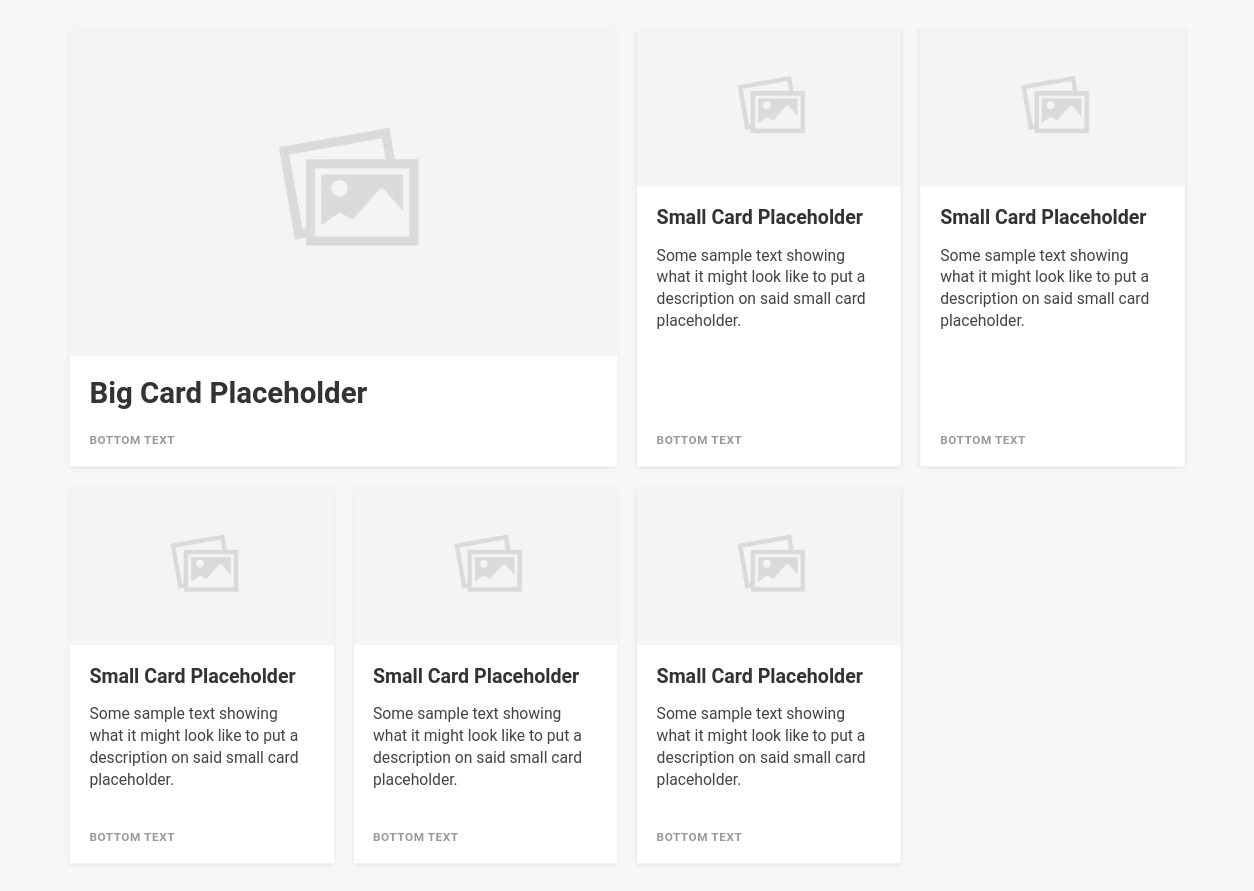
Repository: eghere-bsu/ethanghere-website
Page: http://localhost/cards.php
These files come from the project's save history. The page is drawn as it stood at one moment and after the next save; the edit follows.
The browser window is 1280 px wide. The pictures show the whole page, at 98% of full size.
The page is run by PHP 8.4 with error messages shown; the project is at /var/www/html/.

Above is the page before, as saved 2023-11-06 20:36:49.

### cards.php
<html>
   <head>
      <link rel="stylesheet" href="dev.css">
   </head>
   <body>
      <div class="support-grid"></div>
      <div class="band">
         <div class="item-1">
               <a href="" class="card">
               <div class="thumb" style="background-image: url(assets/placeholder.jpg);"></div>
               <article>
                  <h1>Big Card Placeholder</h1>
                  <span>Bottom Text</span>
               </article>
               </a>
         </div>
         <div class="item-2">
               <a href="" class="card">
               <div class="thumb" style="background-image: url(assets/placeholder.jpg);"></div>
               <article>
                  <h1>Small Card Placeholder</h1>
                  <p>Some sample text showing what it might look like to put a description on said small card placeholder.</p>
                  <span>Bottom Text</span>
               </article>
               </a>
         </div>
         <div class="item-2">
               <a href="" class="card">
               <div class="thumb" style="background-image: url(assets/placeholder.jpg);"></div>
               <article>
                  <h1>Small Card Placeholder</h1>
                  <p>Some sample text showing what it might look like to put a description on said small card placeholder.</p>
                  <span>Bottom Text</span>
               </article>
               </a>
         </div>
         <div class="item-2">
               <a href="" class="card">
               <div class="thumb" style="background-image: url(assets/placeholder.jpg);"></div>
               <article>
                  <h1>Small Card Placeholder</h1>
                  <p>Some sample text showing what it might look like to put a description on said small card placeholder.</p>
                  <span>Bottom Text</span>
               </article>
               </a>
         </div>
         <div class="item-2">
               <a href="" class="card">
               <div class="thumb" style="background-image: url(assets/placeholder.jpg);"></div>
               <article>
                  <h1>Small Card Placeholder</h1>
                  <p>Some sample text showing what it might look like to put a description on said small card placeholder.</p>
                  <span>Bottom Text</span>
               </article>
               </a>
         </div>
         <div class="item-2">
               <a href="" class="card">
               <div class="thumb" style="background-image: url(assets/placeholder.jpg);"></div>
               <article>
                  <h1>Small Card Placeholder</h1>
                  <p>Some sample text showing what it might look like to put a description on said small card placeholder.</p>
                  <span>Bottom Text</span>
               </article>
               </a>
         </div>
      </div>
   </body>
</html>

### dev.css
html {
   background: #f5f7f8;
   font-family: 'Roboto', sans-serif;
   -webkit-font-smoothing: antialiased;
   padding: 20px 0;
 }

 .band {
   width: 90%;
   max-width: 1240px;
   margin: 0 auto;

   display: grid;

   grid-template-columns: 1fr;
   grid-template-rows: auto;
   grid-gap: 20px;

 }

 @media only screen and (min-width: 500px) {
   .band {
     grid-template-columns: 1fr 1fr;
   }
   .item-1 {
   grid-column: 1/ span 2;
   }
   .item-1 h1 {
     font-size: 30px;
   }
 }

 @media only screen and (min-width: 850px) {
   .band {
     grid-template-columns: 1fr 1fr 1fr 1fr;
   }
 }

 /* card */

 .card {
   min-height: 100%;
   background: white;
   box-shadow: 0 2px 5px rgba(0,0,0,0.1);
   display: flex;
   flex-direction: column;
   text-decoration: none;
   color: #444;
   position: relative;
   top: 0;
   transition: all .1s ease-in;
 }

 .card:hover {
   top: -2px;
   box-shadow: 0 4px 5px rgba(0,0,0,0.2);
 }

 .card article {
   padding: 20px;
   display: flex;

   flex: 1;
   justify-content: space-between;
   flex-direction: column;

 }
 .card .thumb {
   padding-bottom: 60%;
   background-size: cover;
   background-position: center center;
 }

 .card p {
   flex: 1; /* make p grow to fill available space*/
   line-height: 1.4;
 }

 /* typography */
 h1 {
   font-size: 20px;
   margin: 0;
   color: #333;
 }

 .card span {
   font-size: 12px;
   font-weight: bold;
   color: #999;
   text-transform: uppercase;
   letter-spacing: .05em;
   margin: 2em 0 0 0;
 }

After the next save:
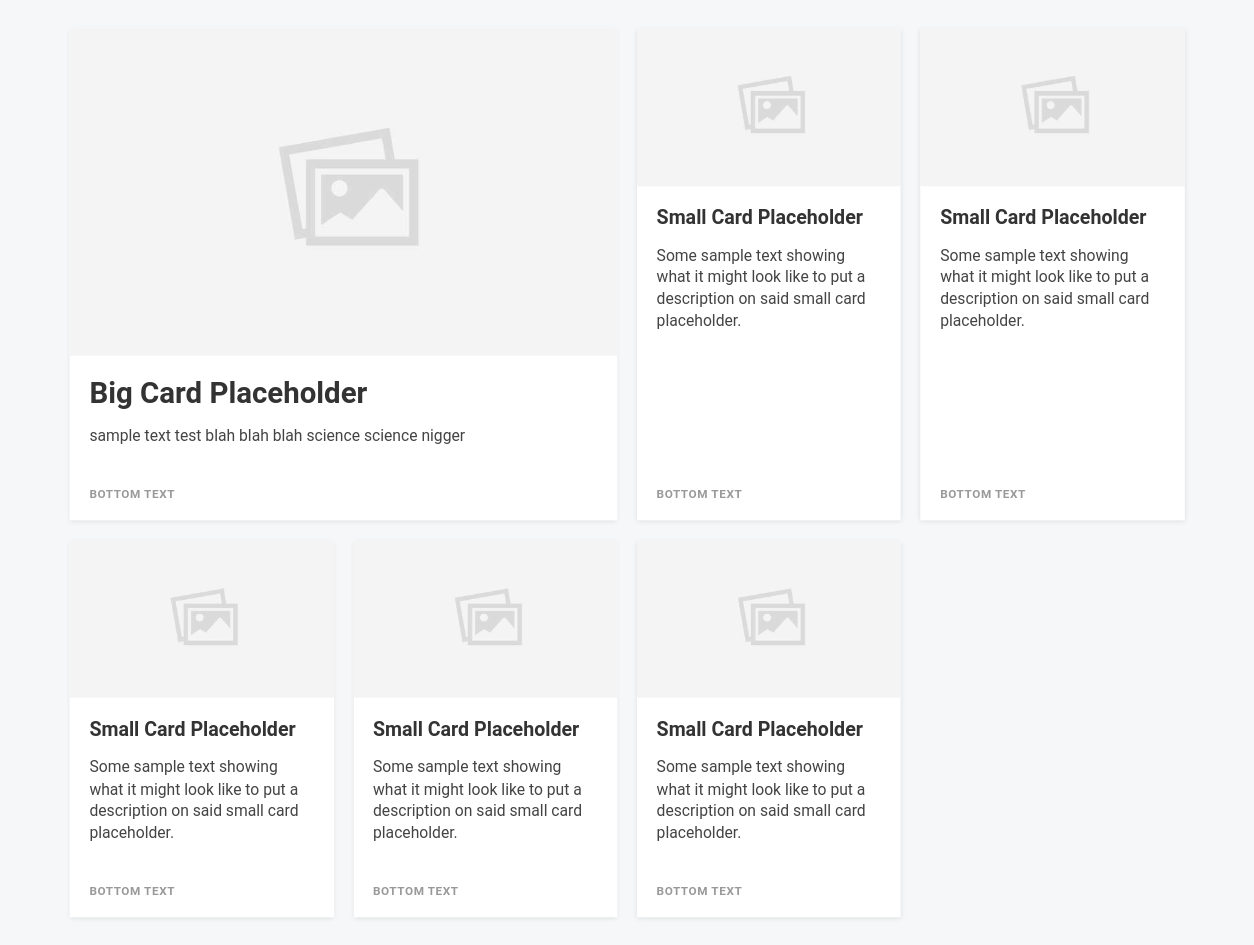
Saved 11 min 23 s later.
--- a/cards.php
+++ b/cards.php
@@ -10,6 +10,7 @@
                <div class="thumb" style="background-image: url(assets/placeholder.jpg);"></div>
                <article>
                   <h1>Big Card Placeholder</h1>
+                  <p>sample text test blah blah blah science science nigger</p>
                   <span>Bottom Text</span>
                </article>
                </a>
